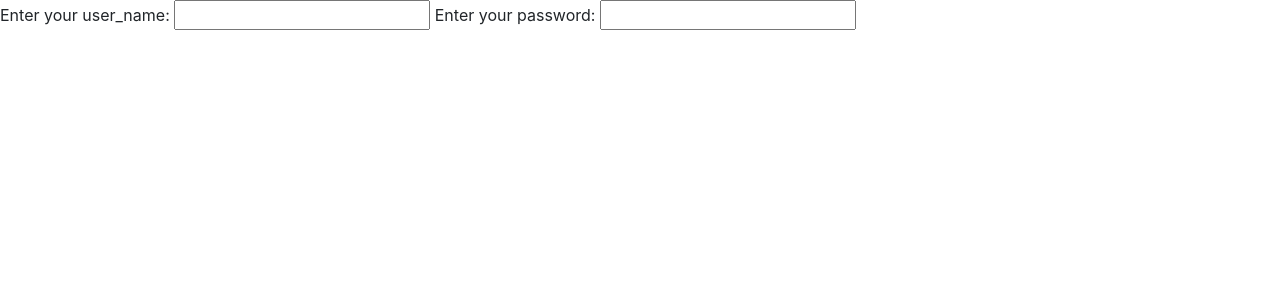
Repository: duicul/flaskRaspberryApp
Page: flask_pydev/templates/login.html
The author's editor kept a copy of each file at every save. The page is drawn from the files as they stood at one save, then again after the next save.
The browser window is 1280 px wide. The pictures show the whole page.

Above is the page before, as saved 2021-06-23 19:43:23.

After the next save:
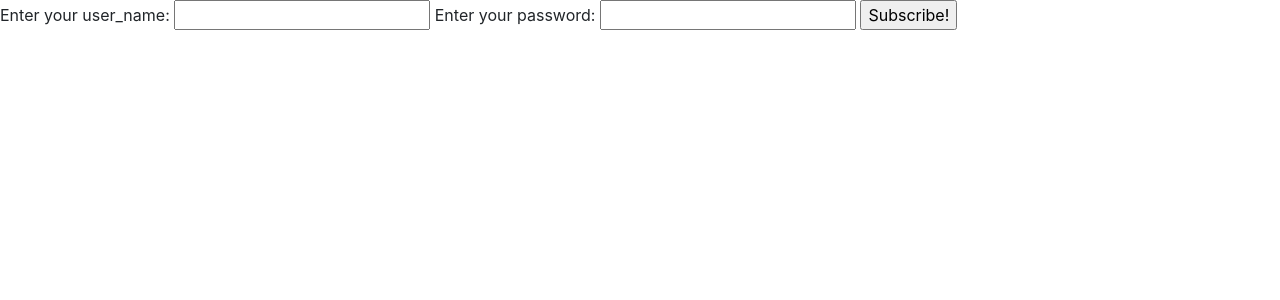
Saved 7 s later.
--- a/flask_pydev/templates/login.html
+++ b/flask_pydev/templates/login.html
@@ -26,6 +26,7 @@ background-color:rgb(100,120,180);
 <input type="text" name="user_name" id="name" required>
 <label for="password">Enter your password: </label>
 <input type="text" name="password" id="password" required>
+ <input type="submit" value="Subscribe!">
 </form>
 
 <script src="/static/js/hello.js?v=1.14"></script>
